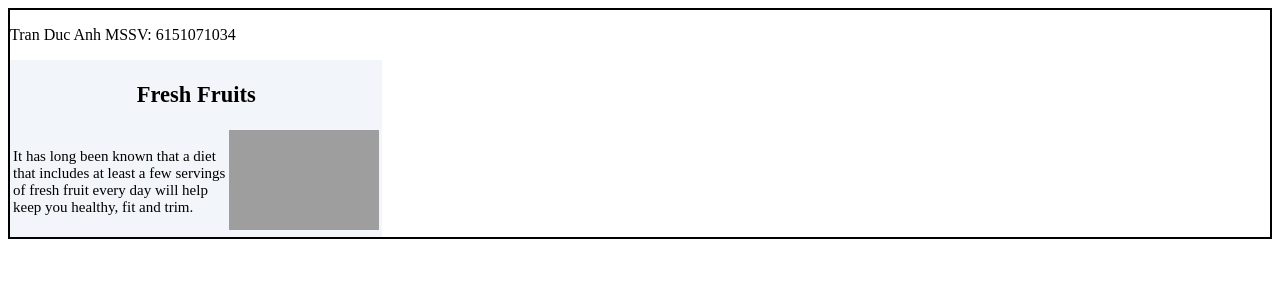
Repository: Helianthusss/Learn-CPP
Page: HTML/lap2/bai2.html
These files come from the project's save history. The page is drawn as it stood at one moment and after the next save; the edit follows.
The browser window is 1280 px wide. The pictures show the whole page.
Pictures or frames that could not be fetched are drawn as grey boxes.

Above is the page before, as saved 2021-09-22 10:42:28.

### HTML/lap2/bai2.html
<!DOCTYPE html>
<html lang="en">
  <head>
    <meta charset="UTF-8" />
    <meta http-equiv="X-UA-Compatible" content="IE=edge" />
    <meta name="viewport" content="width=device-width, initial-scale=1.0" />
    <title>FreshFruits</title>
    <style type="text/css">
      table {
        background-color: rgb(242, 246, 250);
        color: black;
        padding: 0px;
        font-family: "Times New Roman", Times, serif;
        font-size: 15px;
      }
    </style>
    <style>
      body {
        border: 2px solid black;
      }
    </style>
  </head>
  <body>
    <p>Tran Duc Anh MSSV: 6151071034</p>
    <table>
      <tr>
        <th colspan="2"><h2>Fresh Fruits</h2></th>
      </tr>

      <tr>
        <td>
          It has long been known that a diet<br />
          that includes at least a few servings<br />
          of fresh fruit every day will help<br />
          keep you healthy, fit and trim.<br />
        </td>
        <td>
          <img
            class="img"
            src="https://img.lovepik.com/element/40111/3411.png_860.png"
            alt="Fruits"
            width="150"
            height="100"
          />
        </td>
      </tr>
    </table>
  </body>
</html>

After the next save:
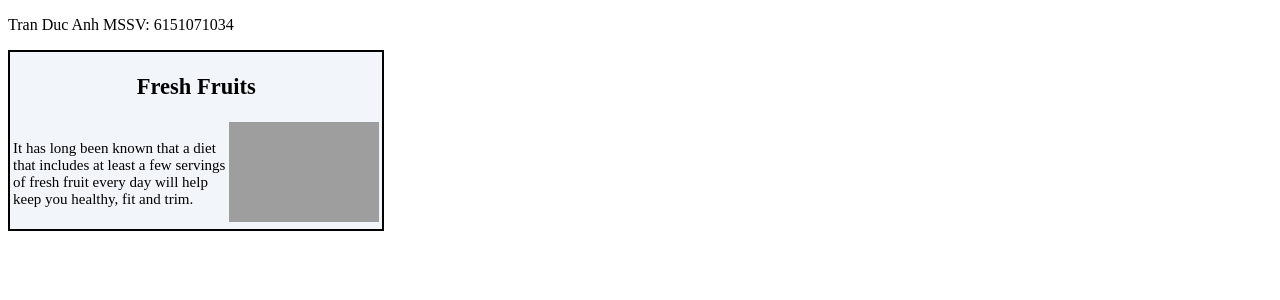
Saved 7 s later.
--- a/HTML/lap2/bai2.html
+++ b/HTML/lap2/bai2.html
@@ -15,7 +15,7 @@
       }
     </style>
     <style>
-      body {
+      table {
         border: 2px solid black;
       }
     </style>
